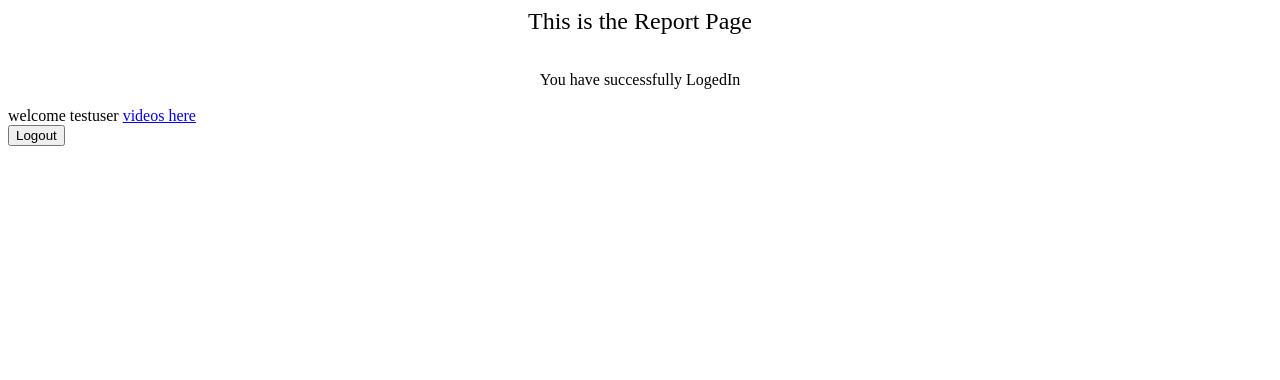
Repository: adarshsingh011/demoapp
Page: http://localhost/demoapp/report.jsp
The author's editor kept a copy of each file at every save. The page is drawn from the files as they stood at one save, then again after the next save.
The browser window is 1280 px wide. The pictures show the whole page.
The page is served by Tomcat 10. The session is filled in as if someone had signed in: {"username": "testuser"}. Other server files are loaded and not shown.

Above is the page before, as saved 2022-03-17 10:29:48.

### demoapp/src/main/webapp/report.jsp
<%@ page language="java" contentType="text/html; charset=ISO-8859-1"
    pageEncoding="ISO-8859-1"%>
<!DOCTYPE html>
<html>
<head>
<meta charset="ISO-8859-1">
<title>Insert title here</title>
</head>
<body>
	<%
		response.setHeader("cache-control", "no-cache, no-store, must-revalidate");

		if(session.getAttribute("username")== null)
		{
			response.sendRedirect("login.jsp");
		}
	%>
	<center><font size="+2">This is the Report Page </font></center><br><br>
	<center>You have successfully LogedIn </center><br>
	welcome ${username }
	<a href= "videos.jsp">videos here</a>

	<form action="Logout">
		<input type="submit" value="Logout">
	</form>
</body>
</html>

After the next save:
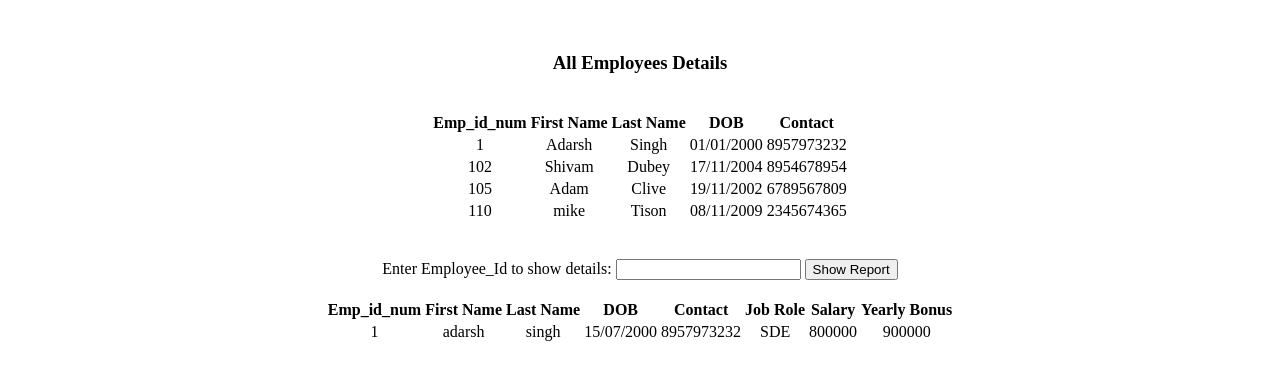
Saved 11 min 25 s later.
--- a/demoapp/src/main/webapp/report.jsp
+++ b/demoapp/src/main/webapp/report.jsp
@@ -1,27 +1,74 @@
-<%@ page language="java" contentType="text/html; charset=ISO-8859-1"
-    pageEncoding="ISO-8859-1"%>
-<!DOCTYPE html>
-<html>
-<head>
-<meta charset="ISO-8859-1">
-<title>Insert title here</title>
-</head>
-<body>
-	<%
-		response.setHeader("cache-control", "no-cache, no-store, must-revalidate");
+<h3>
+			<br><br><center>All Employees Details</center>
+		</h3>
+		<br>
+		<center>
+			<table style="text-align: center;">
+			  <tr style="text-align: center;">
+			    <th>Emp_id_num</th>
+			    <th>First Name</th>
+			    <th>Last Name</th>
+			    <th>DOB</th>
+			    <th>Contact</th>
+			  </tr>
+			  <tr>
+			    <td>1</td>
+			    <td>Adarsh</td>
+			    <td>Singh</td>
+			    <td>01/01/2000</td>
+			    <td>8957973232</td>
+			  </tr>
+			  <tr>
+			    <td>102</td>
+			    <td>Shivam</td>
+			    <td>Dubey</td>
+			    <td>17/11/2004</td>
+			    <td>8954678954</td>
+			  </tr>
+			  <tr>
+			    <td>105</td>
+			    <td>Adam</td>
+			    <td>Clive</td>
+			    <td>19/11/2002</td>
+			    <td>6789567809</td>
+			  </tr>
+			  <tr>
+			    <td>110</td>
+			    <td>mike</td>
+			    <td>Tison</td>
+			    <td>08/11/2009</td>
+			    <td>2345674365</td>
+			  </tr>
+			</table>
+		</center>
 
-		if(session.getAttribute("username")== null)
-		{
-			response.sendRedirect("login.jsp");
-		}
-	%>
-	<center><font size="+2">This is the Report Page </font></center><br><br>
-	<center>You have successfully LogedIn </center><br>
-	welcome ${username }
-	<a href= "videos.jsp">videos here</a>
+		<br><br>
+		<center>Enter Employee_Id to show details:
+		<input type="text" name="id">
+		<input type="submit" name="show" value="Show Report"></center><br>
 
-	<form action="Logout">
-		<input type="submit" value="Logout">
-	</form>
-</body>
-</html>
+		<center>
+			<table style="text-align: center;">
+			  <tr style="text-align: center;">
+			    <th>Emp_id_num</th>
+			    <th>First Name</th>
+			    <th>Last Name</th>
+			    <th>DOB</th>
+			    <th>Contact</th>
+			    <th>Job Role</th>
+			    <th>Salary</th>
+			    <th>Yearly Bonus</th>
+			  </tr>
+			  <tr>
+			    <td>1</td>
+			    <td>adarsh</td>
+			    <td>singh</td>
+			    <td>15/07/2000</td>
+			    <td>8957973232</td>
+			    <td>SDE</td>
+			    <td>800000</td>
+			    <td>900000</td>
+			  </tr>
+
+			</table>
+		</center>
